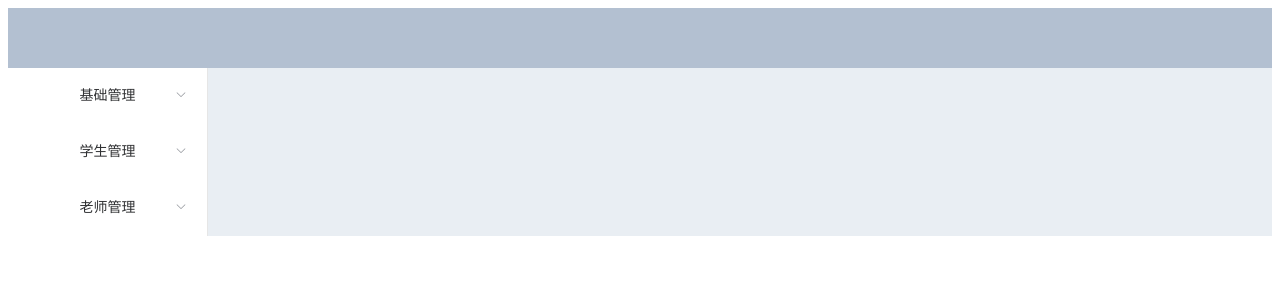
Repository: lwm9704/school-front
Page: /#/home
These files come from the project's save history. The page is drawn as it stood at one moment and after the next save; the edit follows.
The browser window is 1280 px wide. The pictures show the whole page.
Pictures or frames that could not be fetched are drawn as grey boxes. The project was rebuilt for these pictures with package versions that can differ from the ones it lists, and the page was loaded fresh each time. Also part of the build but not shown: src/view/login.vue, src/components/header.vue.

Above is the page before, as saved 2021-11-15 14:39:08.

After the next save:
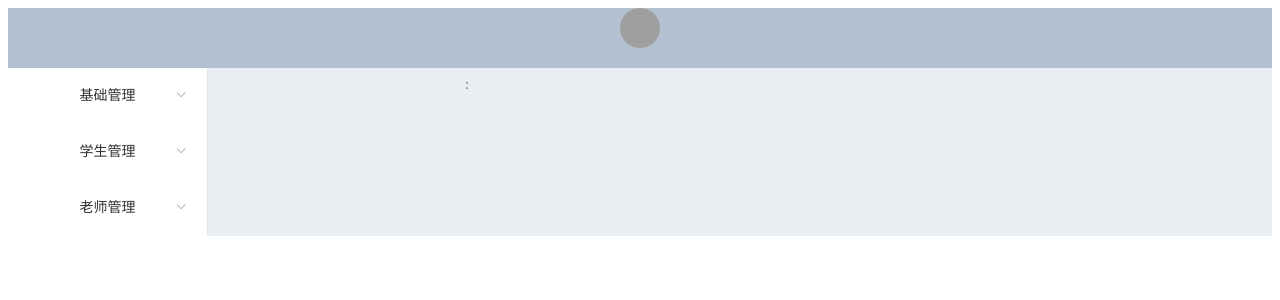
Saved 77 s later.
--- a/src/view/home.vue
+++ b/src/view/home.vue
@@ -2,7 +2,7 @@
   <el-container>
     <el-header>
       <div class="header">
-        <header></header>
+        <myHeader></myHeader>
       </div>
     </el-header>
     <el-container>
@@ -20,11 +20,11 @@
 <script>
 import req from "../js/home";
 import leftMenu from "../components/leftMenu";
-import header from "../components/header";
+import myHeader from "../components/myHeader";
 export default {
   components: {
     leftMenu,
-    header,
+    myHeader,
   },
 
   methods: {
